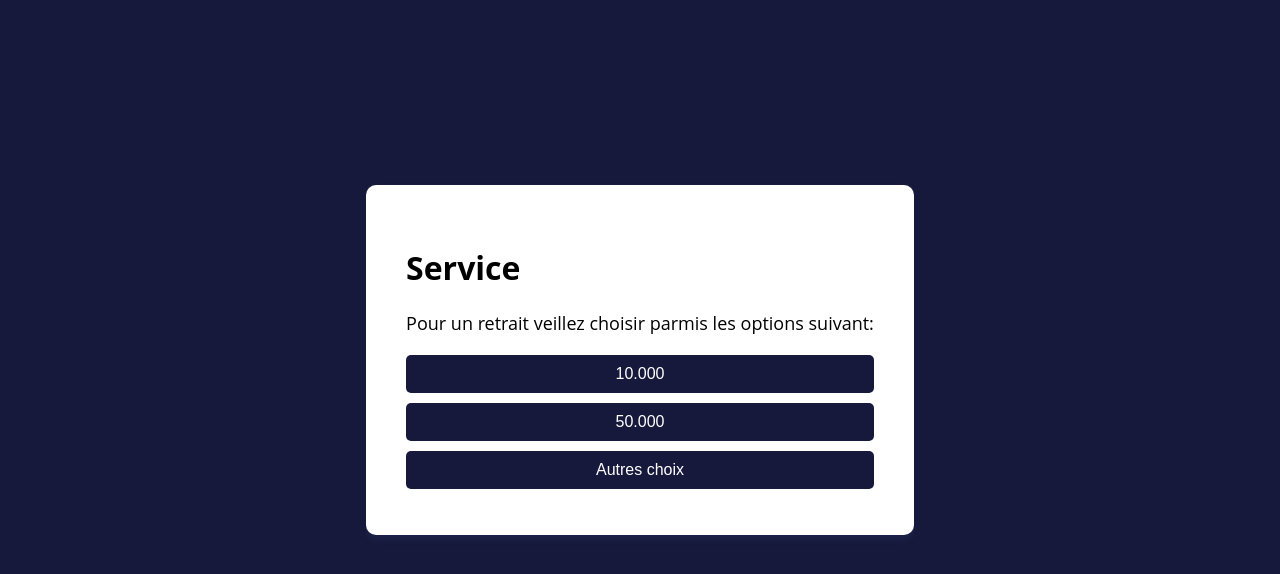
Repository: ndiawar/ProjetGab
Page: retrait.html
The author's editor kept a copy of each file at every save. The page is drawn from the files as they stood at one save, then again after the next save.
The browser window is 1280 px wide. The pictures show the whole page.

Above is the page before, as saved 2024-08-07 22:58:14.

### retrait.html
<!DOCTYPE html>
<html lang="fr">
<head>
    <meta charset="UTF-8">
    <meta name="viewport" content="width=device-width, initial-scale=1.0">
    <link rel="stylesheet" href="style.css">
    <title>Page de Gestion</title>
</head>
<body>
    <div class="container">
        <h1 id="service">Service</h1>
        <p id="welcome-message">Pour un retrait veillez choisir parmis les options suivant:</p>
        <button class="button">10.000</button>
        <button class="button">50.000</button>
        <button class="button">Autres choix</button>
    </div>
</body>
</html>

### style.css
:root {
    /* Définition des couleurs de base */
    --blue-sky-1: #16193B; /* Bleu nuit */
    --blue-sky-2: #35478C; /* Bleu foncé */
    --blue-sky-3: #4E7AC7; /* Bleu vif */
    --blue-sky-4: #7FB2F0; /* Bleu clair */
    --blue-sky-5: #ADD5F7; /* Bleu très clair */
    --Noir-6: #000000; /* Noir */
    --White-7: #ffffff; /* Blanc */

    /* Utilisation des couleurs pour différents éléments */
    --color-title: var(--blue-sky-1); /* Couleur pour les titres */
    --color-subtitle: var(--blue-sky-3); /* Couleur pour les sous-titres */
    --color-paragraph: var(--blue-sky-2); /* Couleur pour les paragraphes */
    --color-border: var(--blue-sky-4); /* Couleur pour les bordures */
    --color-backgroundFoncé: var(--blue-sky-1); /* Couleur de fond foncée */
    --color-background: var(--blue-sky-5); /* Couleur de fond général */
    --color-text: var(--Noir-6); /* Couleur pour le texte de fond */
    --color-white: var(--White-7); /* Couleur blanche pour le texte de fond d'une balise */

    /* Polices */
    --font-title: 'Montserrat', sans-serif;
    --font-text: 'Open Sans', sans-serif;
    --font-subtitle: 'Roboto', sans-serif;

    /* Taille de police standard et poids */
    --font-size-normal: 16px; /* Taille de police standard pour le texte */
    --font-size-title: 28px; /* Taille de police pour les grands titres */
    --font-size-subtitle: 20px; /* Taille de police pour les sous-titres */
    --font-weight-normal: 400; /* Poids normal de la police */
    --font-weight-bold: 700; /* Poids en gras */
    /* Pour le profil la taille du nom et du sous-titre */
    --font-size-titleProfil: 45px;
    --font-size-subtitleProfil: 30px;
}


/*Initialisation de notre body pour supprimer les marges et choix du type de police pour notre site*/


/*Initialisation de notre body pour supprimer les marges et choix du type de police pour notre site*/
* {
  box-sizing: border-box;
}

/* Style global pour le corps de la page */
body, html {
    margin: 0;
    padding: 0;
    color: var(--color-text);
    font-family: var(--font-text);
    font-size: var(--font-size-normal);
    font-weight: var(--font-weight-normal);
    overflow-x: hidden;
    height: 100%;
    display: flex;
    align-items: center;
    justify-content: center;
    background-color: var(--color-backgroundFoncé);
}

/* Conteneur principal de la page de connexion */
.login-container {
    display: flex;
    width: 100%;
    max-width: 900px;
    height: 500px;
    background-color: var(--color-white);
    box-shadow: 0 4px 8px rgba(101, 150, 214, 0.1);
    border-radius: 10px;
    overflow: hidden;
}

/* Style pour la section du formulaire de connexion */
.login-form {
    flex: 1;
    padding: 40px;
    background-color: var(--color-white);
    display: flex;
    flex-direction: column;
    justify-content: center;
}

/* Style pour les titres et formulaires dans la section de connexion */
.login-form h2 {
    margin-bottom: 20px;
    color: var(--color-title);
    font-size: var(--font-size-title);
    font-family: var(--font-title);
    font-weight: var(--font-weight-bold);
    padding: 5px 0 60px 50px;
}

.form-group {
    margin-bottom: 15px;
    font-size: var(--font-subtitle);
    font-weight: var(--font-weight-normal);
    font-family: var(--font-text);
    color: var(--color-title);
}

.form-group label {
    display: block;
    margin-bottom: 5px;
    color: var(--color-title);
}

.form-group input {
    width: 100%;
    padding: 10px;
    border: 1px solid var(--color-title);
    border-radius: 5px;
    font-size: 16px;
    box-sizing: border-box;
}

button {
    width: 100%;
    padding: 10px;
    background-color: var(--color-backgroundFoncé);
    color: var(--color-white);
    border: none;
    border-radius: 5px;
    font-size: 16px;
    cursor: pointer;
    transition: background-color 0.3s ease;
}

button:hover {
    background-color: var(--color-border);
}

/* Style pour la section de bienvenue avec le logo */
.welcome-section {
    flex: 1;
    display: flex;
    align-items: center;
    justify-content: center;
    color: var(--color-backgroundFoncé);
}

.welcome-content {
    text-align: center;
    padding: 20px;
}

.logo {
    width: 350px;
    height: 350px;
    margin-bottom: 20px;
}

.welcome-section h1 {
    margin: 0 0 10px;
    font-size: 36px;
}

.welcome-section p {
    font-size: 18px;
    margin: 0;
}

/* Style pour le conteneur principal de gestion */
.container {
    background-color: var(--color-white);
    border-radius: 10px; /* Assurez-vous qu'il correspond à .login-container */
    box-shadow: 0 4px 8px rgba(101, 150, 214, 0.1); /* Utilisez le même box-shadow que .login-container */
    padding: 40px; /* Assurez-vous que le padding est le même pour le confort */
    max-width: 900px; /* Assurez-vous qu'il correspond à max-width de .login-container */
    height: 350px; /* Assurez-vous qu'il correspond à height de .login-container */
    width: 100%;
    margin: 0 auto; /* Centrer le conteneur */
}

.service {
    font-size: 24px;
    margin-bottom: 10px;
    color: var(black);
    text-align: center;
  }

h1.bienvenue {
    font-size: 24px;
    margin-bottom: 10px;
    color: var(--color-title); /* Utilisez la variable de couleur définie */
}

p.welcome-message {
    font-size: 18px;
    margin-bottom: 20px;
    color: var(--color-title); /* Utilisez la variable de couleur définie */
}

.service {
  font-size: 24px;
  margin-bottom: 10px;
  color: var(black);
  text-align: center;
}
#welcome-message {
  font-size: 18px;
  margin-bottom: 20px;
  color: var(black);
}
.button {
  display: block;
  width: 100%;
  padding: 10px;
  margin: 10px 0;
  font-size: 16px;
  text-align: center;
  border: none;
  border-radius: 5px;
  cursor: pointer;
  transition: background-color 0.3s;
  background-color: var(--color-backgroundFoncé);
}
.button:hover {
  background-color: var(--color-border);
}
/*Fin Partie Etienne*/

After the next save:
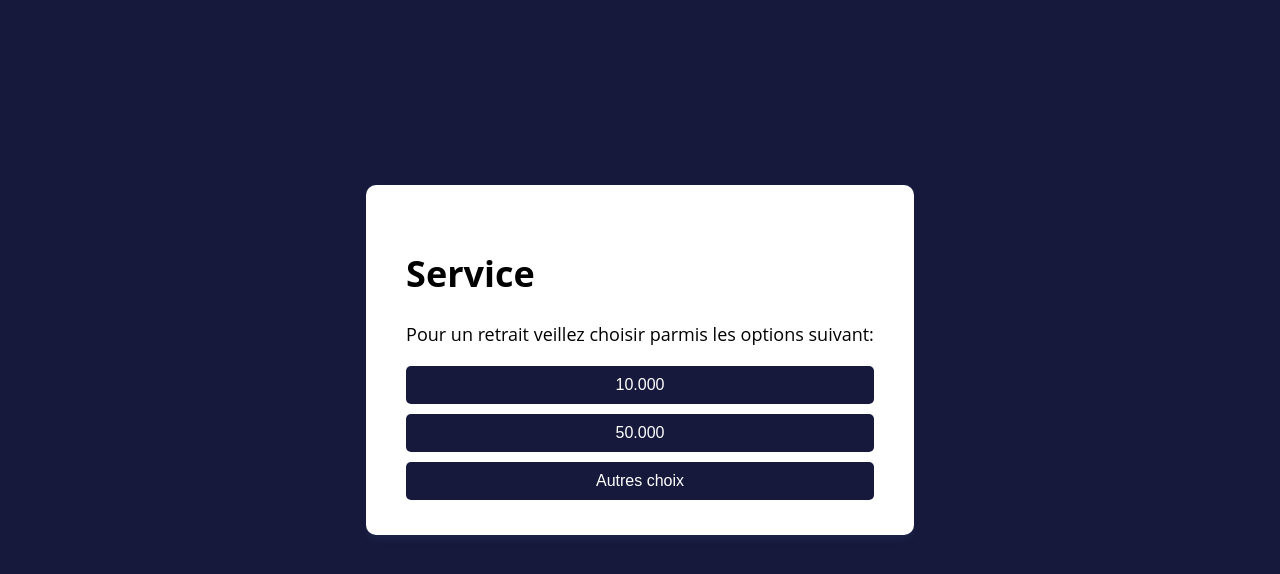
Saved 25 min 22 s later.
--- a/style.css
+++ b/style.css
@@ -24,11 +24,11 @@
     --font-subtitle: 'Roboto', sans-serif;
 
     /* Taille de police standard et poids */
-    --font-size-normal: 16px; /* Taille de police standard pour le texte */
-    --font-size-title: 28px; /* Taille de police pour les grands titres */
-    --font-size-subtitle: 20px; /* Taille de police pour les sous-titres */
-    --font-weight-normal: 400; /* Poids normal de la police */
-    --font-weight-bold: 700; /* Poids en gras */
+    --font-size-normal: 18px; /* Taille de police standard pour le texte */
+    --font-size-title: 32px; /* Taille de police pour les grands titres */
+    --font-size-subtitle: 25px; /* Taille de police pour les sous-titres */
+    --font-weight-normal: 450; /* Poids normal de la police */
+    --font-weight-bold: 750; /* Poids en gras */
     /* Pour le profil la taille du nom et du sous-titre */
     --font-size-titleProfil: 45px;
     --font-size-subtitleProfil: 30px;
